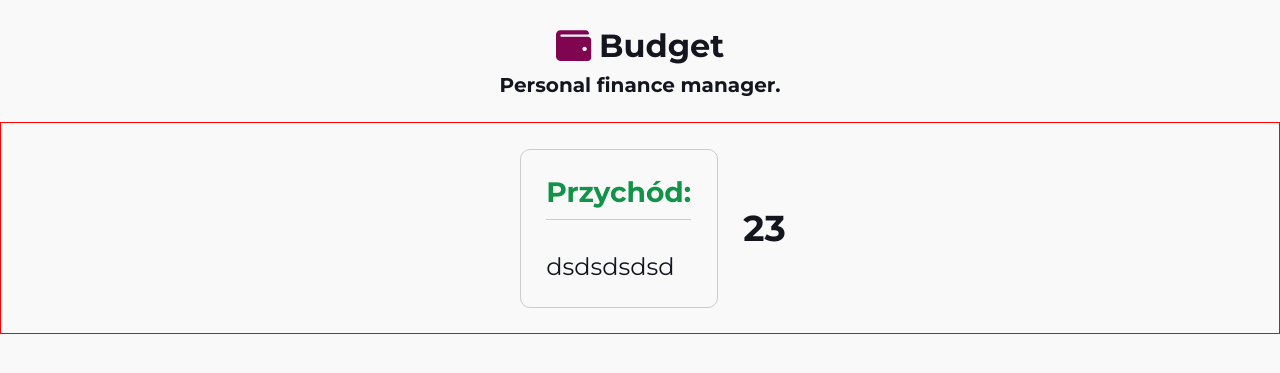
Repository: KrzysKolo/sr_tydzien4_zad4
Page: /
These files come from the project's save history. The page is drawn as it stood at one moment and after the next save; the edit follows.
The browser window is 1280 px wide. The pictures show the whole page.
Some web libraries are served in a nearby version. The project was rebuilt for these pictures with package versions that can differ from the ones it lists, and the page was loaded fresh each time.

Above is the page before, as saved 2020-11-29 14:14:34.

After the next save:
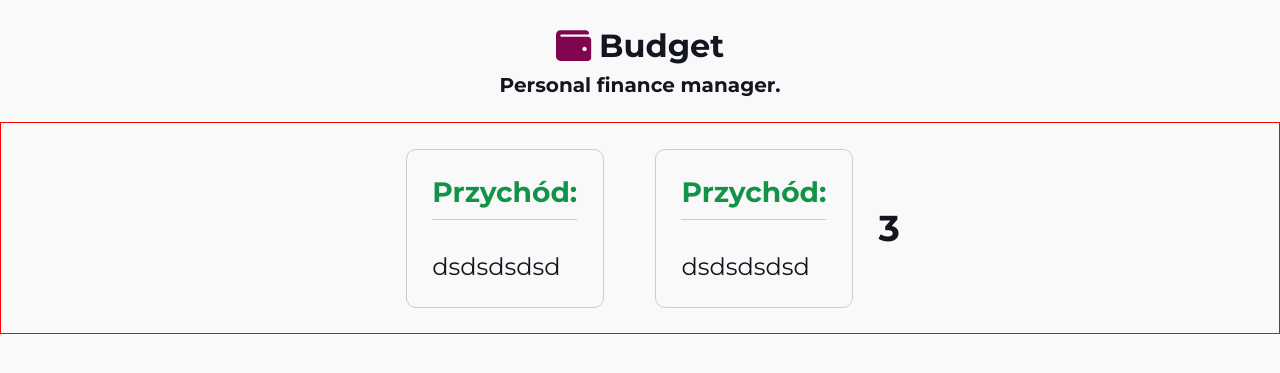
Saved 55 s later.
--- a/src/components/Budget.js
+++ b/src/components/Budget.js
@@ -35,7 +35,7 @@ const Budget = () => {
                 <Header />
                 <SectionContainer>
                     <Section />
-                    <h1>2</h1>
+                    <Section />
                     <h1>3</h1>
                 </SectionContainer>
             </Container>
